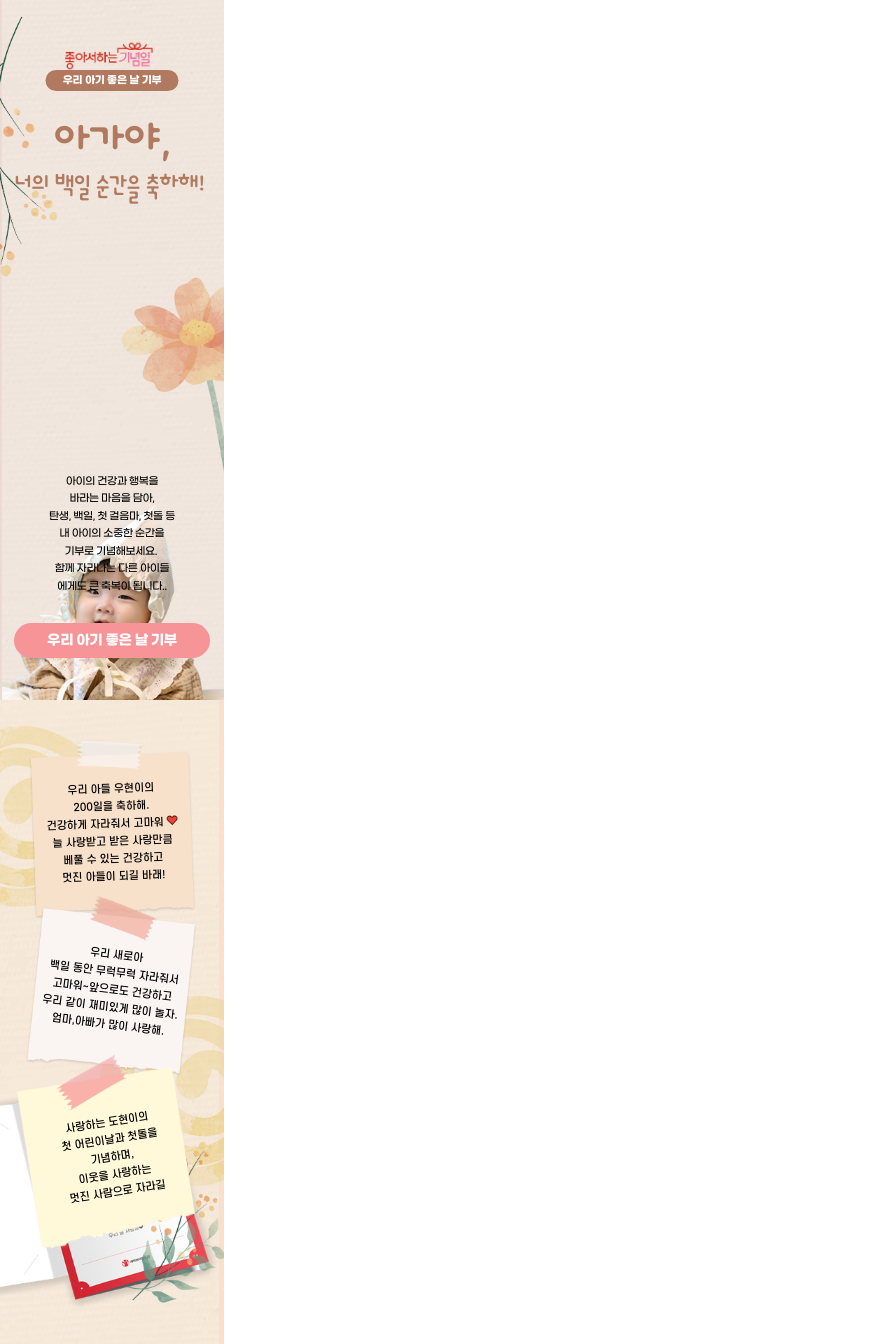
Repository: dlgywls1130/save_the_m320
Page: index.html
An editor plug-in stored every save of this project. The page is shown before and after the next save, followed by the edit.
The browser window is 1280 px wide. The pictures show the part of the page from y = 0 to 1920 px (the page is 6820 px tall), at 70% of full size.

Above is the page before, as saved 2023-12-21 01:43:15.

After the next save:
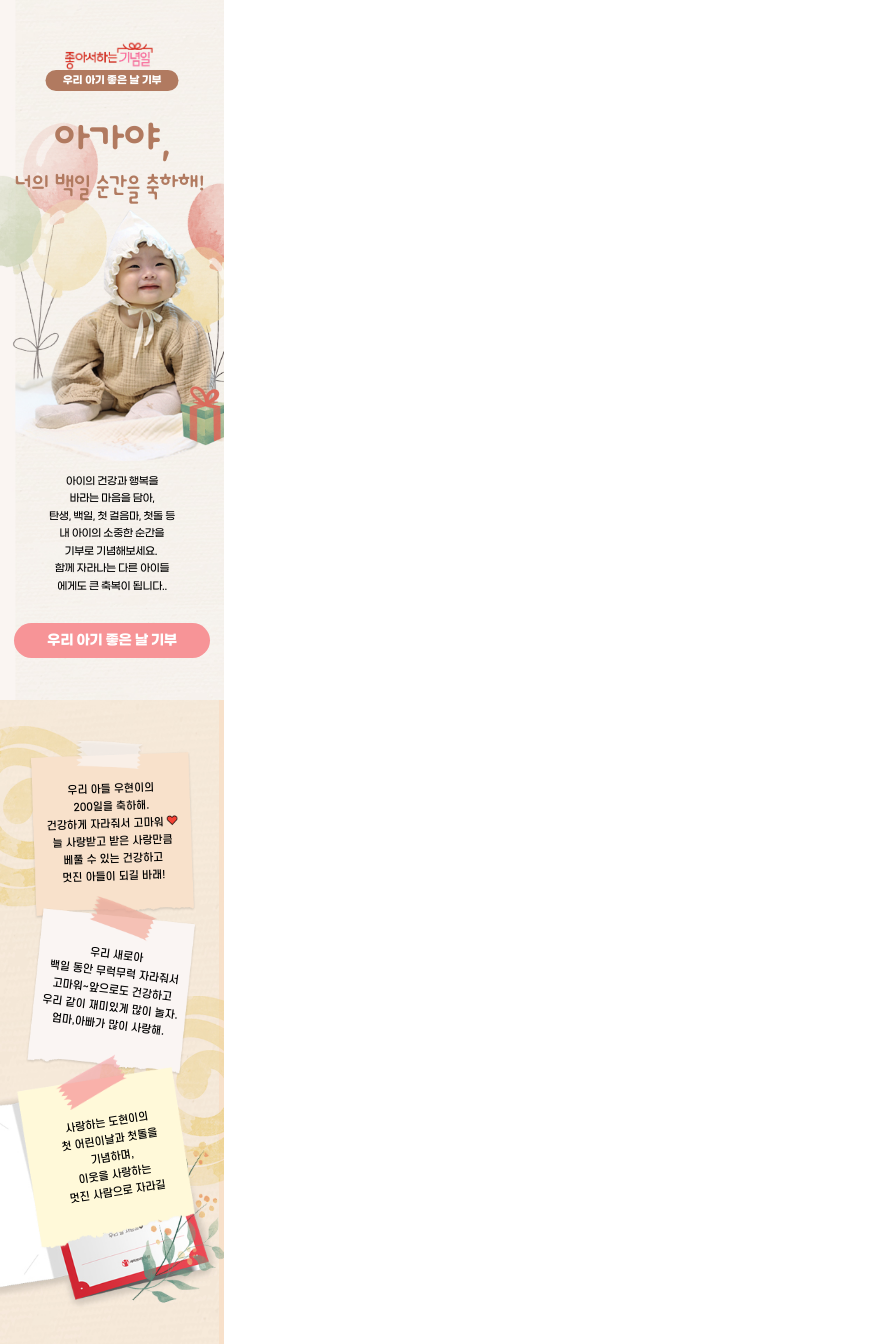
Saved 9 h 31 min later.
--- a/css/style.css
+++ b/css/style.css
@@ -113,7 +113,7 @@
 
 
 .section01{
-    background: url(../img/back01.jpg) no-repeat;
+    background: url('../img/back.jpg') no-repeat;
     height: 1000px;
     background-size: cover;
     background-position: 86%;
